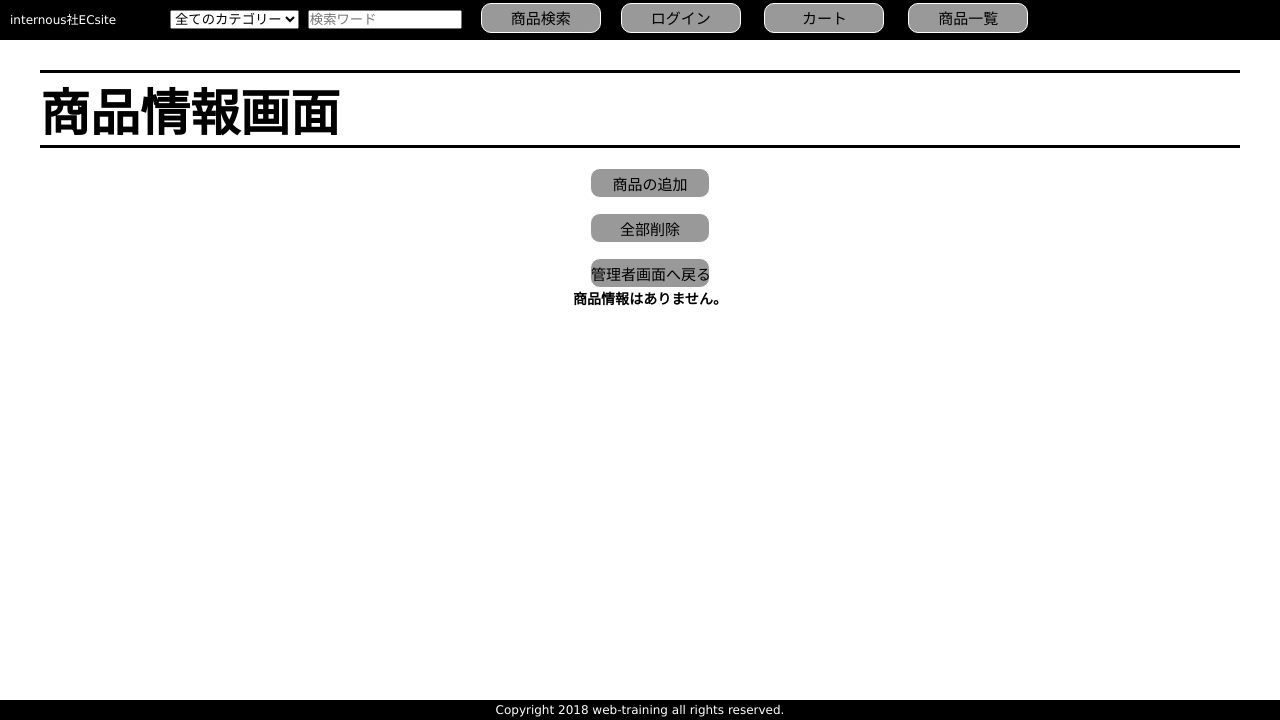
Repository: geeta333/ECsite
Page: http://localhost/web-training/itemInfo.jsp
These files come from the project's save history. The page is drawn as it stood at one moment and after the next save; the edit follows.
The browser window is 1280 px wide. The pictures show the whole page.
The page is served by Tomcat 9. Other server files are loaded and not shown.

Above is the page before, as saved 2018-07-27 06:49:23.

### web-training/WebContent/itemInfo.jsp
<%@ page language="java" contentType="text/html; charset=UTF-8"
    pageEncoding="UTF-8"%>
<%@ taglib prefix="s" uri="/struts-tags" %>
<!DOCTYPE html>
<html>
<head>
	<meta charset="UTF-8" />
	<title>商品情報画面</title>
	<link rel="stylesheet" href="./css/style.css">
</head>
<body>
	<div id="container">
	<jsp:include page="header.jsp" />
	<div id="main" class="clear">
		<div id="top">
			<h1>商品情報画面</h1>
		</div>
		<div class="marginLeft center">
			<div>
				<s:form action="ItemCreateAction" class="marginTop">
					<s:submit value="商品の追加" class="button"/>
				</s:form>
				<s:form action="ItemInfoAction" class="marginTop">
					<input type="hidden" name="deleteFlg" value="1">
					<s:submit value="全部削除" method="delete" class="button" />
				</s:form>
				<s:form action="GoAdministratorAction" class="marginTop">
					<s:submit value="管理者画面へ戻る" class="button"/>
				</s:form>
			</div>
			<s:if test="itemInfoList == null">
				<h3>商品情報はありません。</h3>
			</s:if>
			<s:elseif test="message == null">
				<h3 class="marginTop">商品情報は以下になります。</h3>
			<table border="1" class="ShowData marginAuto">
				<tr>
					<th>製品ID</th>
					<th>商品名</th>
					<th>製品詳細</th>
					<th>カテゴリー名</th>
					<th>価格</th>
					<th>イメージファイル名</th>
					<th>発売日</th>
					<th>発売会社</th>
					<th>変更する</th>
				</tr>
				<s:iterator value="itemInfoList">
				<tr>
					<th><s:property value="product_id" /></th>
					<th><s:property value="product_name" /></th>
					<th><s:property value="product_description" /></th>
					<th>
						<s:if test="category_id == 2">
							<span>本</span>
						</s:if>
						<s:elseif test="category_id == 3">
							<span>家電・パソコン</span>
						</s:elseif>
						<s:elseif test="category_id == 4">
							<span>おもちゃ・ゲーム</span>
						</s:elseif>
					</th>
					<th><s:property value="price" /><span>円</span></th>
					<th><s:property value="image_file_name" /></th>
					<th><s:property value="release_date" /></th>
					<th><s:property value="release_company" /></th>
					<th>
					<s:form action="ItemInfoChangeAction">
						<input type="hidden" name="itemId" value='<s:property value="id"/>'>
						<s:submit value="変更"/>
					</s:form>
					</th>
				</tr>
				</s:iterator>
			</table>
			</s:elseif>
			<s:if test="message != null">
				<h3><s:property value="message"/></h3>
			</s:if>
		</div>
	</div>
	<jsp:include page="footer.jsp" />
</div>
</body>
</html>

### web-training/WebContent/header.jsp
<%@ page language="java" contentType="text/html; charset=UTF-8"
    pageEncoding="UTF-8"%>
<%@ taglib prefix="s" uri="/struts-tags" %>
<!DOCTYPE html>
<html>
<head>
	<meta charset="UTF-8" />
	<title>ヘッダー</title>
<!-- 	<link rel="stylesheet" href="./css/style.css"> -->
</head>
<body>
<div id="header">
	<div id="nameIntroduction">
		<p><a href='<s:url action="GoAdministratorAction" />'>internous社ECsite</a></p>
	</div>

	<ul>
		<s:form action="ItemListAction" class="float">
		<li>
			<select name="category_id">
				<option value="1">全てのカテゴリー</option>
				<option value="2">本</option>
				<option value="3">家電・パソコン</option>
				<option value="4">おもちゃ・ゲーム</option>
			</select>
		</li>
		<li>
			<input type="hidden" name="retrievalFlg" value="1">
			<input type="text" name="keywords" placeholder="検索ワード" id="text">
		</li>
		<li><s:submit value="商品検索"  class="button"/></li>
		</s:form>
		<li>
			<s:if test='#session.containsKey("user_id")'>
				<a href='<s:url action="LogoutAction" />'><input type="button" value="ログアウト" class="button"></a>
			</s:if>
			<s:else>
				<a href='<s:url action="GoLoginAction" />'><input type="button" value="ログイン" class="button"></a>
			</s:else>
		</li>
		<li><a href='<s:url action="GoCartAction" />'><input type="button" value="カート" class="button"></a></li>
		<li><a href='<s:url action="ItemListAction" />'><input type="button" value="商品一覧" class="button"></a></li>
		<s:if test='#session.containsKey("user_id") && !#session.containsKey("administrator")'>
			<li><a href='<s:url action="GoMyPageAction" />'><input type="button" value="マイページ" class="button"></a></li>
		</s:if>
		<s:elseif test='#session.containsKey("administrator")'>
			<li><a href='<s:url action="GoAdministratorAction" />'><input type="button" value="管理者画面へ" class="button"></a></li>
		</s:elseif>
	</ul>
</div>
</body>
</html>

### web-training/WebContent/footer.jsp
<%@ page language="java" contentType="text/html; charset=UTF-8"
    pageEncoding="UTF-8"%>
<%@ taglib prefix="s" uri="/struts-tags" %>
<!DOCTYPE html>
<html>
<head>
	<meta charset="UTF-8" />
	<title>フッター</title>
<!-- 	<link rel="stylesheet" href="./css/style.css"> -->
</head>
<body>
<div id="footer">
	<p>Copyright 2018 web-training all rights reserved.
</div>
</body>
</html>

### web-training/WebContent/css/style.css
@CHARSET "UTF-8";

/* common */

* {
    margin: 0;
    padding: 0;
}

.clear {
    clear: both;
}

html, body {
    min-height: 100%;
    height: 100%;

}

body {
    font-family: Verdana, Helvetica, sans-serif;
    font-size: 12px;
    background: white;
}

h1 {
    font-size: 50px;
    margin: 20px 0;
    border-top: 3px solid black;
    border-bottom: 3px solid black;
}

h2 {
    margin: 15px 0;
}

a {
	text-decoration: none;
	color: inherit;
}

ul {
    list-style: none;
}

th {
	text-align: right;
    padding-right: 5px;
}

select {
    margin: 0 0 0 10px;
}

.button {
    width: 120px;
    height: 30px;
    font-size: 15px;
    border: 1px solid white;
    border-radius: 10px;
    margin-left: 10px;
    margin-right: 10px;
    background: #999;
}

.button:hover {
    opacity: 0.5;
}

/* id */

#container {
    width: 100%;
    min-width: 1200px;
    min-height: 100%;
    position: relative;
}

#header {
    width: 100%;
    height: 40px;
    background: black;
    color: white;
}

#header ul {
    line-height: 40px;
}

#header li {
    display: inline-block;
}

#main {
    width: 1200px;
    padding: 10px 10px 30px;
    margin: 0 auto;
    color: black;
}

#footer {
    width: 100%;
    height: 20px;
    background: black;
    color: white;
    text-align: center;
    line-height: 20px;
    font-size: 12px;
    position: absolute;
    bottom: 0;
}

#text { /*検索で使用*/
    width: 150px;
    margin: 0 5px;
}


#itemList { /*itemListで使用*/

}

#nameIntroduction { /* headerで使用 */
    width: 150px;
    float: left;
    line-height: 40px;
    margin-left: 10px;
}

#pageNo li {
    display: inline-block;
}

/* class */


.verticalTable {
    margin-left: 10px;
}

.verticalTable tr {
    height: 30px;
}

.verticalTable th {
    background: black;
    color: white;
    font-size: 16px;
    width: 170px;
}

.txt {
	width : 300px;
	height : 30px;
	border: 0.5px solid #999;
	font-size : 24px;
}

.list {
	width : 300px;
	height : 30px;
	border: 0.5px solid #999;
}

.marginTop {
    margin-top: 15px;
}

.center {
    text-align: center;
}

.float {
    float: left;
}

.ShowData th {
    padding: 3px;
}

.marginLeft {
    margin-left: 20px;
}


.itemListBox {
    display: inline-block;
    margin: 15px;
    text-align: center;
}

.itemImage {
    width: 200px;
    height: 200px;
}

.itemDetailBox {
    text-align: center;
    font-size: 22px;
}

.itemDetailBox table {
    margin: 20px auto;
}

.itemDetailImage {
    width: 500px;
    height: 500px;
}

.itemImageSmall {
    width: 50px;
    height: 50px;
}

.error {
	color: red;
	font-size: 20px;
}

.marginAuto {
	margin: 0 auto;
}

After the next save:
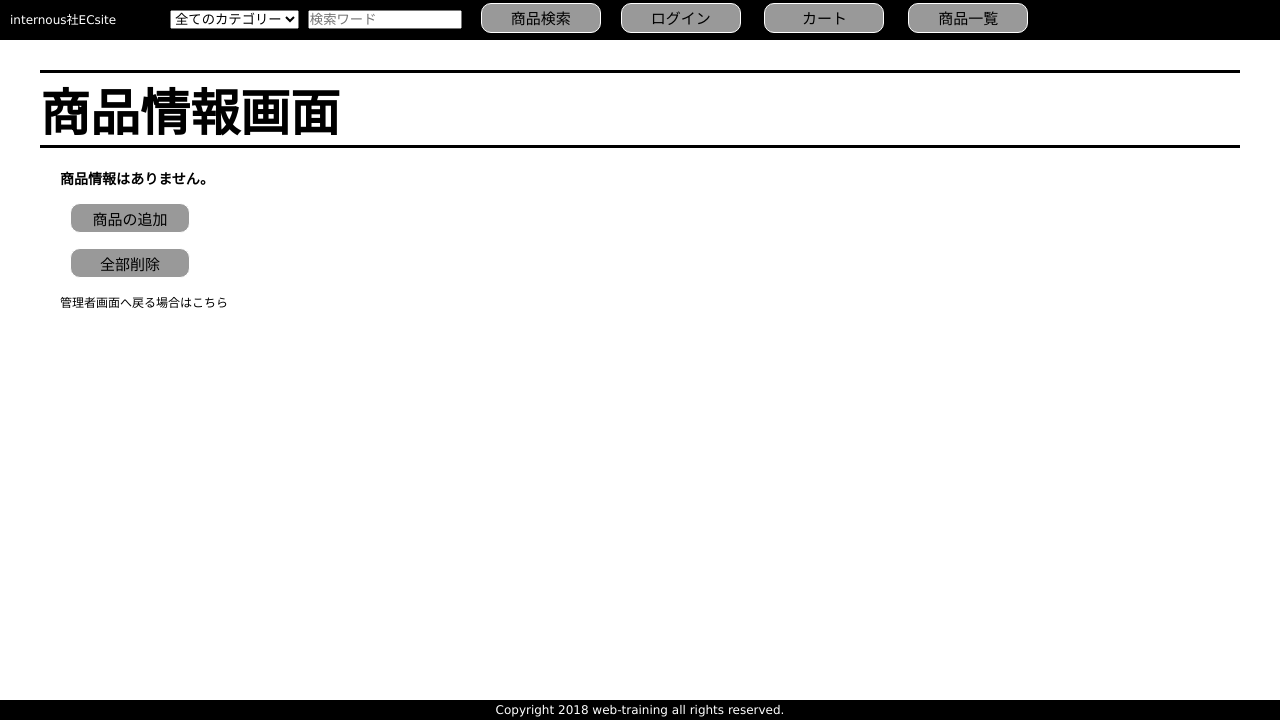
Saved 102 s later.
--- a/web-training/WebContent/itemInfo.jsp
+++ b/web-training/WebContent/itemInfo.jsp
@@ -15,25 +15,13 @@
 		<div id="top">
 			<h1>商品情報画面</h1>
 		</div>
-		<div class="marginLeft center">
-			<div>
-				<s:form action="ItemCreateAction" class="marginTop">
-					<s:submit value="商品の追加" class="button"/>
-				</s:form>
-				<s:form action="ItemInfoAction" class="marginTop">
-					<input type="hidden" name="deleteFlg" value="1">
-					<s:submit value="全部削除" method="delete" class="button" />
-				</s:form>
-				<s:form action="GoAdministratorAction" class="marginTop">
-					<s:submit value="管理者画面へ戻る" class="button"/>
-				</s:form>
-			</div>
+		<div class="marginLeft">
 			<s:if test="itemInfoList == null">
 				<h3>商品情報はありません。</h3>
 			</s:if>
 			<s:elseif test="message == null">
-				<h3 class="marginTop">商品情報は以下になります。</h3>
-			<table border="1" class="ShowData marginAuto">
+				<h3>商品情報は以下になります。</h3>
+			<table border="1" class="ShowData">
 				<tr>
 					<th>製品ID</th>
 					<th>商品名</th>
@@ -75,9 +63,19 @@
 				</s:iterator>
 			</table>
 			</s:elseif>
+			<s:form action="ItemCreateAction" class="marginTop">
+				<s:submit value="商品の追加" class="button"/>
+			</s:form>
+			<s:form action="ItemInfoAction" class="marginTop">
+				<input type="hidden" name="deleteFlg" value="1">
+				<s:submit value="全部削除" method="delete" class="button" />
+			</s:form>
 			<s:if test="message != null">
 				<h3><s:property value="message"/></h3>
 			</s:if>
+			<div  class="marginTop">
+				<p>管理者画面へ戻る場合は<a href='<s:url action="GoAdministratorAction" />'>こちら</a></p>
+			</div>
 		</div>
 	</div>
 	<jsp:include page="footer.jsp" />
